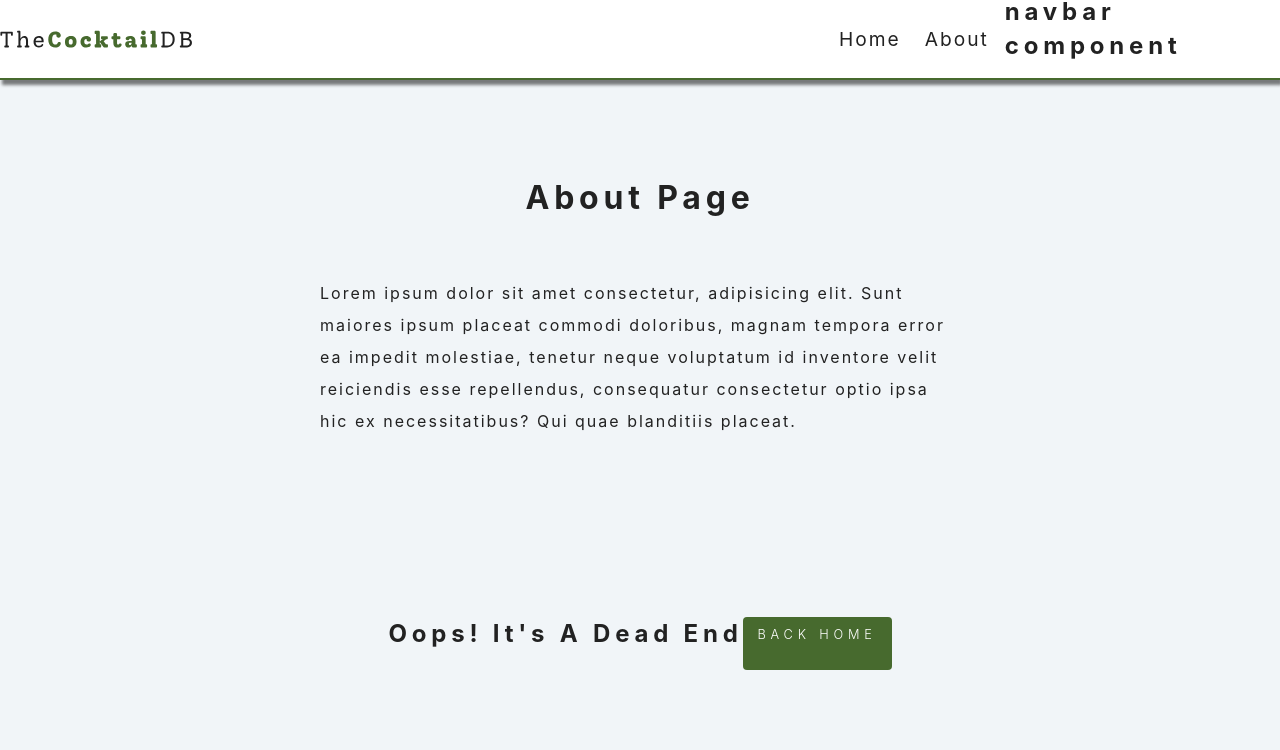
Repository: davidaloba/cocktails
Page: /about
An editor plug-in stored every save of this project. The page is shown before and after the next save, followed by the edit.
The browser window is 1280 px wide. The pictures show the whole page.
The project was rebuilt for these pictures with package versions that can differ from the ones it lists, and the page was loaded fresh each time. Also part of the build but not shown: src/components/SearchForm.js, src/pages/Home.js, src/components/Loading.js, src/pages/SingleCocktail.js. Imported but missing from the stored project, and not drawn on this page: src/components/CocktailList.

Above is the page before, as saved 2022-01-13 22:00:06.

### src/App.js
import React from "react";
import { BrowserRouter as Router, Route, Switch } from "react-router-dom";
// import pages
import Home from "./pages/Home";
import About from "./pages/About";
import SingleCocktail from "./pages/SingleCocktail";
import Error from "./pages/Error";
// import components
import Navbar from "./components/Navbar";
function App() {
  return (
    <div>
      <Router>
        <Navbar />
        <switch>
          <Route exact path="/">
            <Home />
          </Route>
          <Route path="/about">
            <About />
          </Route>
          <Route path="/cocktail/:id">
            <SingleCocktail />
          </Route>
          <Route path="*">
            <Error />
          </Route>
        </switch>
      </Router>
    </div>
  );
}

export default App;

### src/pages/About.js
import React from "react";

const About = () => {
  return (
    <section className="section about-section">
      <h1 className="section-title">about page</h1>
      <p>
        Lorem ipsum dolor sit amet consectetur, adipisicing elit. Sunt maiores
        ipsum placeat commodi doloribus, magnam tempora error ea impedit
        molestiae, tenetur neque voluptatum id inventore velit reiciendis esse
        repellendus, consequatur consectetur optio ipsa hic ex necessitatibus?
        Qui quae blanditiis placeat.
      </p>
    </section>
  );
};

export default About;

### src/pages/Error.js
import React from "react";
import { Link } from "react-router-dom";

const Error = () => {
  return (
    <section className="error-page section">
      <div className="error-container">
        <h1>Oops! it's a dead end</h1>
      </div>
      <Link to="/" className="btn btn-primary">
        back home
      </Link>
    </section>
  );
};

export default Error;

### src/components/Navbar.js
import React from "react";
import { Link } from "react-router-dom";
import logo from "../logo.svg";

const Navbar = () => {
  return (
    <nav className="navbar">
      <div className="nav-center">
        <Link to="/">
          <img src={logo} alt="cocktail db logo" className="logo"></img>
        </Link>
        <ul className="nav-links">
          <li>
            <Link to="/">Home</Link>
          </li>
          <li>
            <Link to="/about">About</Link>
          </li>
        </ul>
      </div>
      <h2>navbar component</h2>
    </nav>
  );
};

export default Navbar;

Loaded but not shown: public/index.html (common file); src/index.js (common file); src/index.css (common file); src/context.js (common file)

After the next save:
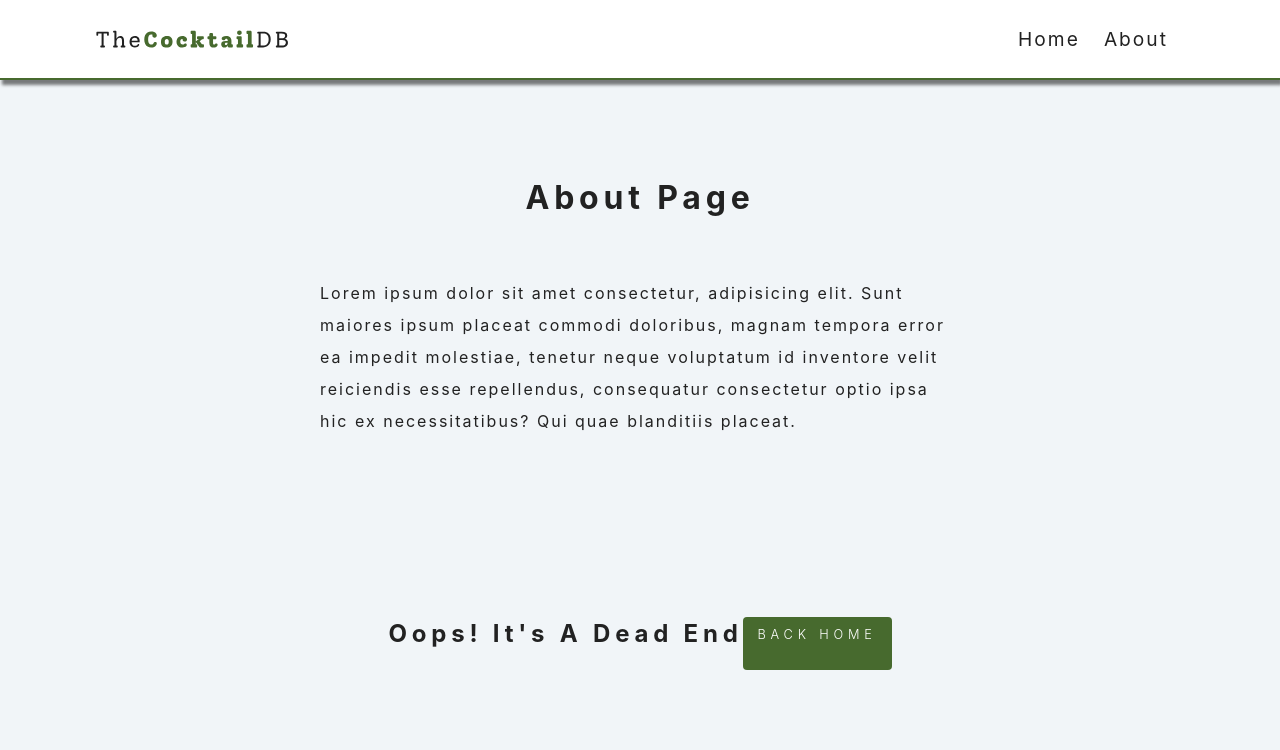
Saved 42 s later.
--- a/src/components/Navbar.js
+++ b/src/components/Navbar.js
@@ -18,7 +18,6 @@ const Navbar = () => {
           </li>
         </ul>
       </div>
-      <h2>navbar component</h2>
     </nav>
   );
 };
